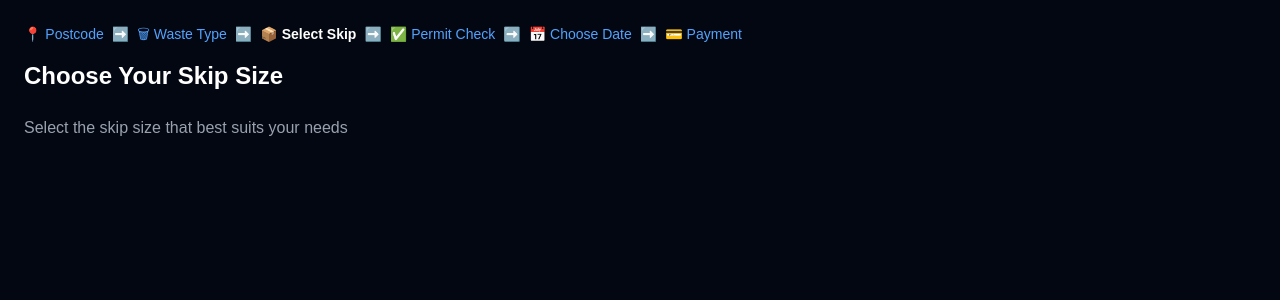
Repository: vladSbughea57/skip-waste-modal
Page: /
The author's editor kept a copy of each file at every save. The page is drawn from the files as they stood at one save, then again after the next save.
The browser window is 1280 px wide. The pictures show the whole page.
The page's requests for data from a server got no answer. The project was rebuilt for these pictures with package versions that can differ from the ones it lists, and the page was loaded fresh each time. The framework's server and built-in components were replaced by stand-ins that run in the browser. No one was signed in, and anything a server would have sent is missing. Also part of the build but not shown: next.config.ts, src/app/components/bottomBar.tsx.

Above is the page before, as saved 2025-05-10 23:48:30.

### src/app/page.tsx
'use client'
import { useEffect, useState } from 'react';
import BreadcrumbHeader from './components/breadcrumbHeader';
import SkipSelector from './components/skipSelector';
import BottomBar from './components/bottomBar';

const SkipPage = () => {
  const [skips, setSkips] = useState<any[]>([]);
  const [selectedSkipId, setSelectedSkipId] = useState<number | null>(null);

  useEffect(() => {
    fetch("https://app.wewantwaste.co.uk/api/skips/by-location?postcode=NR32&area=Lowestoft")
      .then(res => res.json())
      .then(data => {
        setSkips(data);
        if (data.length > 0) setSelectedSkipId(data[0].id);
      });
  }, []);

  const selected = skips.find(skip => skip.id === selectedSkipId);

  return (
    <div className="min-h-screen bg-gray-950 text-white p-6 pb-24">
      <BreadcrumbHeader />
      <h1 className="text-2xl font-bold mb-6">Choose Your Skip Size</h1>
      <p className="text-gray-400 mb-4">Select the skip size that best suits your needs</p>
      <SkipSelector skips={skips} selectedId={selectedSkipId} onSelect={setSelectedSkipId} />
      {selected && (
        <BottomBar
          selectedSize={selected.size}
          price={selected.price_before_vat * 1.2}
          onContinue={() => console.log(`Selected skip ID: ${selected.id}`)}
        />
      )}
    </div>
  );
};

export default SkipPage;

### src/app/components/breadcrumbHeader.tsx
// BreadcrumbHeader.tsx
const BreadcrumbHeader = () => (
    <nav className="text-sm text-blue-400 mb-4 flex items-center space-x-2">
      <span>📍 Postcode</span>
      <span>➡️</span>
      <span>🗑 Waste Type</span>
      <span>➡️</span>
      <span className="font-bold text-white">📦 Select Skip</span>
      <span>➡️</span>
      <span>✅ Permit Check</span>
      <span>➡️</span>
      <span>📅 Choose Date</span>
      <span>➡️</span>
      <span>💳 Payment</span>
    </nav>
  );

  export default BreadcrumbHeader;

### src/app/components/skipSelector.tsx
interface SkipSelectorProps {
  skips: any[];
  selectedId: number | null;
  onSelect: (id: number) => void;
}

const SkipSelector = ({ skips, selectedId, onSelect }: SkipSelectorProps) => (
  <div className="grid grid-cols-1 sm:grid-cols-2 lg:grid-cols-3 gap-4">
    {skips.map(skip => {
      const isDisabled = !skip.allowed_on_road || !skip.allows_heavy_waste;
      const warnings = [];
      if (!skip.allowed_on_road) warnings.push("Not Allowed On The Road");
      if (!skip.allows_heavy_waste) warnings.push("Not Suitable for Heavy Waste");

      return (
        <div
          key={skip.id}
          className={`p-4 rounded-lg border transition cursor-pointer ${
            skip.id === selectedId ? 'border-blue-600 bg-blue-900/20' : 'border-gray-700'
          } ${isDisabled ? 'opacity-60 cursor-not-allowed' : 'hover:border-blue-500'}`}
          onClick={() => !isDisabled && onSelect(skip.id)}
        >
          <div className="text-xl font-semibold mb-1">{skip.size} Yard Skip</div>
          <div className="text-gray-400">{skip.hire_period_days} day hire</div>
          <div className="text-blue-400 font-bold mt-2">£{(skip.price_before_vat * 1.2).toFixed(2)}</div>
          {warnings.length > 0 && (
            <div className="text-red-400 text-sm mt-2">
              {warnings.map((w, i) => <div key={i}>⚠️ {w}</div>)}
            </div>
          )}
        </div>
      );
    })}
  </div>
);

export default SkipSelector;

Loaded but not shown: src/app/layout.tsx (common file); src/app/globals.css (common file)

After the next save:
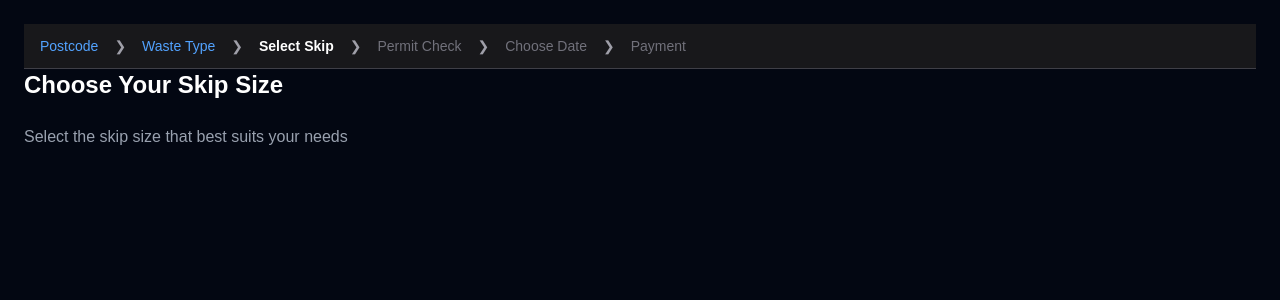
Saved 29 s later.
--- a/src/app/components/breadcrumbHeader.tsx
+++ b/src/app/components/breadcrumbHeader.tsx
@@ -1,18 +1,17 @@
-// BreadcrumbHeader.tsx
-const BreadcrumbHeader = () => (
-    <nav className="text-sm text-blue-400 mb-4 flex items-center space-x-2">
-      <span>📍 Postcode</span>
-      <span>➡️</span>
-      <span>🗑 Waste Type</span>
-      <span>➡️</span>
-      <span className="font-bold text-white">📦 Select Skip</span>
-      <span>➡️</span>
-      <span>✅ Permit Check</span>
-      <span>➡️</span>
-      <span>📅 Choose Date</span>
-      <span>➡️</span>
-      <span>💳 Payment</span>
-    </nav>
-  );
-
-  export default BreadcrumbHeader;
+export default function BreadcrumbHeader() {
+    return (
+      <div className="bg-zinc-900 border-b border-zinc-700 px-4 py-3 flex items-center gap-4 text-sm overflow-x-auto whitespace-nowrap">
+        <span className="text-blue-400">Postcode</span>
+        <span className="text-zinc-400">&#10095;</span>
+        <span className="text-blue-400">Waste Type</span>
+        <span className="text-zinc-400">&#10095;</span>
+        <span className="font-semibold text-white">Select Skip</span>
+        <span className="text-zinc-400">&#10095;</span>
+        <span className="text-zinc-500">Permit Check</span>
+        <span className="text-zinc-400">&#10095;</span>
+        <span className="text-zinc-500">Choose Date</span>
+        <span className="text-zinc-400">&#10095;</span>
+        <span className="text-zinc-500">Payment</span>
+      </div>
+    );
+  }
